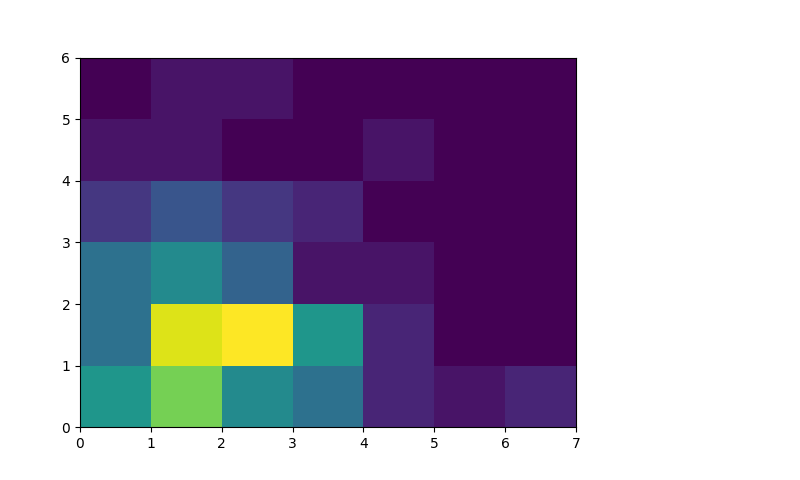
Repository: nelsonalexandrino/python_matplotlib_datavisualization_
Script's output: python Histograms.py
These files come from the project's save history. The script's output is drawn as it stood at one moment and after the next save; the edit follows.
Random numbers start from a fixed seed.

Above is the script's output before, as saved 2019-08-25 12:56:15.

### Histograms.py
import matplotlib.pyplot as pyplot

with open('Goals.txt', 'r') as file:
    HomeTeamGoals = [int(x) for x in file.readline().strip(
        '\n').strip(' ').split(' ')]
    AwayTeamGoals = [int(x) for x in file.readline().strip(
        '\n').strip(' ').split(' ')]


pyplot.hist2d(x=HomeTeamGoals, y=AwayTeamGoals, bins=(range(8), range(7)))
pyplot.figure(figsize=(8, 5))
pyplot.show()

### Goals.txt
6 0 2 1 2 1 2 2 2 0 1 3 0 3 1 0 4 1 3 3 6 2 0 0 4 1 2 1 1 0 1 3 0 1 1 1 3 1 3 0 2 2 2 1 2 2 1 2 1 2 1 2 4 0 1 1 2 2 2 0 2 2 0 0 2 3 2 2 3 0 3 3 0 1 0 0 2 1 1 3 1 3 1 1 0 2 0 3 3 3 2 0 0 1 4 1 0 2 1 1 2 2 0 2 1 1 2 3 1 4 4 1 2 2 2 1 0 0 5 1 1 1 0 1 1 0 2 1 3 2 1 1 1 0 1 1 3 2 1 3 1 2 1 1
0 2 1 0 0 1 1 1 2 2 0 1 2 1 0 0 4 2 0 1 0 1 4 0 1 3 0 1 0 2 5 0 0 1 3 2 1 0 3 1 3 0 1 1 1 1 1 2 0 0 2 0 0 0 1 1 2 1 1 0 1 1 1 3 0 1 1 1 3 3 1 0 0 3 2 0 0 3 2 0 0 0 1 0 3 5 2 2 1 1 3 0 1 0 2 2 1 2 2 4 1 1 0 2 1 1 1 1 3 1 0 1 1 1 3 1 2 0 0 1 0 0 1 0 0 1 2 0 1 0 1 1 0 1 2 1 0 1 2 0 1 0 1 2

After the next save:
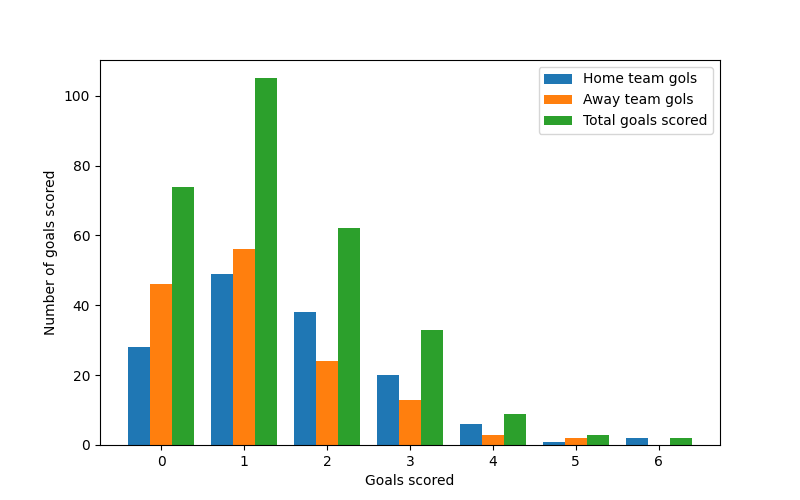
Error (its wording comes from the project's code and is left out).
Saved 2 min 58 s later.
--- a/Histograms.py
+++ b/Histograms.py
@@ -7,6 +7,18 @@ with open('Goals.txt', 'r') as file:
         '\n').strip(' ').split(' ')]
 
 
+total_goals = HomeTeamGoals + AwayTeamGoals
+pyplot.figure(figsize=(8, 5))
+pyplot.hist(x=(HomeTeamGoals, AwayTeamGoals, total_goals), bins=range(8),
+            label=['Home team gols', 'Away team gols', 'Total goals scored'], align='left')
+pyplot.legend()
+pyplot.xlabel('Goals scored')
+pyplot.ylabel('Number of goals scored')
+pyplot.show()
+
 pyplot.hist2d(x=HomeTeamGoals, y=AwayTeamGoals, bins=(range(8), range(7)))
 pyplot.figure(figsize=(8, 5))
+pyplot.xlabel('Home team goals')
+pyplot.ylabel('Away team goals')
+pyplot.colorbar()
 pyplot.show()
